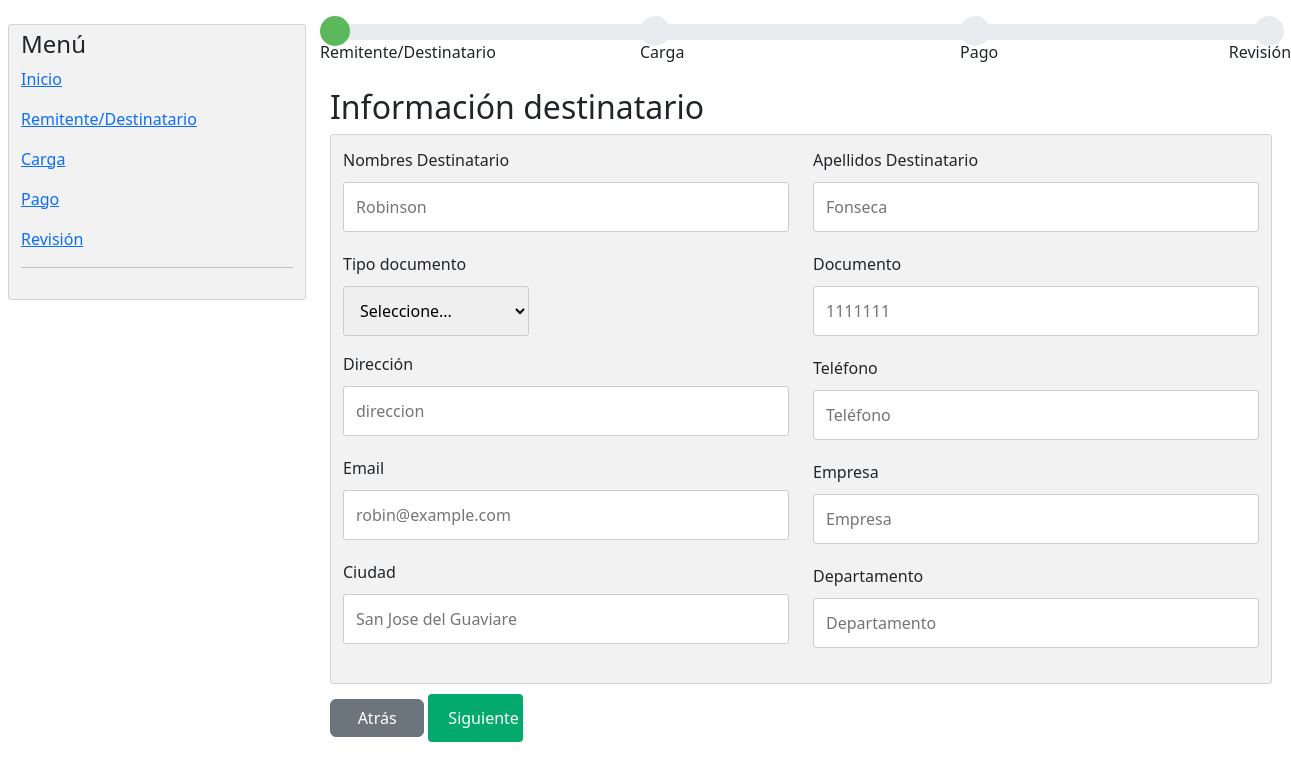
Repository: SennovaFluvial/Trasnfluvial
Page: appFluvial/templates/card1destinatario.html
An editor plug-in stored every save of this project. The page is shown before and after the next save, followed by the edit.
The browser window is 1280 px wide. The page is 1291 px wide, so the pictures cover 1291 px, including what lies to the right of the window. The pictures show the whole page.
The template is drawn by Django 3.2. The application's start-up code is not run. Other server files are loaded and not shown. The template is opened directly, without the code that normally fills it, so the values that code supplies are empty.

Above is the page before, as saved 2023-10-20 22:30:20.

### appFluvial/templates/card1destinatario.html
<!DOCTYPE html>
<html>
<head>
<meta name="viewport" content="width=device-width, initial-scale=1">
<!--link rel="stylesheet" href="https://cdnjs.cloudflare.com/ajax/libs/font-awesome/4.7.0/css/font-awesome.min.css"-->
<style>
body {
  font-family: Arial;
  font-size: 17px;
  padding: 8px;
}

* {
  box-sizing: border-box;
}

.row {
  display: -ms-flexbox; /* IE10 */
  display: flex;
  -ms-flex-wrap: wrap; /* IE10 */
  flex-wrap: wrap;
  margin: 0 -16px;
}

.col-25 {
  -ms-flex: 25%; /* IE10 */
  flex: 25%;
}

.col-50 {
  -ms-flex: 50%; /* IE10 */
  flex: 50%;
}

.col-75 {
  -ms-flex: 75%; /* IE10 */
  flex: 75%;
}

.col-25,
.col-50,
.col-75 {
  padding: 0 16px;
}

.container {
  background-color: #f2f2f2;
  padding: 5px 20px 15px 20px;
  border: 1px solid lightgrey;
  border-radius: 3px;
}

input[type=text], select {
  width: 100%;
  margin-bottom: 20px;
  padding: 12px;
  border: 1px solid #ccc;
  border-radius: 3px;
}

input[type=submit] {
  background-color: #04AA6D;
  color: white;
  padding: 12px 20px;
  border: none;
  border-radius: 4px;
  cursor: pointer;
}

input[type=submit]:hover {
  background-color: #45a049;
}

label {
  margin-bottom: 10px;
  display: block;
}

.icon-container {
  margin-bottom: 20px;
  padding: 7px 0;
  font-size: 24px;
}

.btn {
  background-color: #04AA6D;
  color: white;
  padding: 12px;
  margin: 10px 0;
  border: none;
  width: 10%;
  border-radius: 3px;
  cursor: pointer;
}

.btn:hover {
  background-color: #45a049;
}

a {
  color: #2196F3;
}

hr {
  border: 1px solid lightgrey;
}

span.price {
  float: right;
  color: grey;
}


@media (max-width: 800px) {
  .row {
    flex-direction: column-reverse;
  }
  .col-25 {
    margin-bottom: 20px;
  }
}

</style>
<style>
  .one, .two, .three, .four{
    position:absolute;
    margin-top: -8px;
    z-index:1;
    height:30px;
    width:30px;
    border-radius:20px;
}
.one{
	left:25%;
}
.two{
	left:50%;
}
.three{
	left:75%;
}
.four{
	left:98%;
}
.primary-color{
	background-color:#4989bd;
}
.success-color{
	background-color:#5cb85c;
}
.info-color{
	background-color:#5bc0de;
}
.no-color{
	background-color:inherit;
}

</style>

<link rel="stylesheet" href="https://cdn.jsdelivr.net/npm/bootstrap@5.2.3/dist/css/bootstrap.min.css" integrity="sha384-rbsA2VBKQhggwzxH7pPCaAqO46MgnOM80zW1RWuH61DGLwZJEdK2Kadq2F9CUG65" crossorigin="anonymous">
<script src="https://cdn.jsdelivr.net/npm/bootstrap@5.2.3/dist/js/bootstrap.min.js" integrity="sha384-cuYeSxntonz0PPNlHhBs68uyIAVpIIOZZ5JqeqvYYIcEL727kskC66kF92t6Xl2V" crossorigin="anonymous"></script>

</head>
<body>

<p></p>
<div class="row">

  <div class="col-25">

    <div class="container">
      <h4>Menú <span class="price" style="color:black"><i class="fa fa-shopping-cart"></i> <b></b></span></h4>
      <p><a href="../../">Inicio</a> <span class="price"> </span></p>
      <p><a href="../../card/1/remitente">Remitente/Destinatario</a> <span class="price">  </span></p>
      <p><a href="../../card/1/carga">Carga</a> <span class="price"> </span></p>
      <p><a href="../../card/1/pago">Pago</a> <span class="price"> </span></p>
      <p><a href="../../card/1/revision">Revisión</a> <span class="price"> </span></p>
      <hr>
    </div>
  </div>


  <div class="col-75">
    <!--  ****************************************BEGIN************************************************ -->
    <div class="container_">
      <div class="row"><br />
        <div class="col-md-12">
        <div class="progress">
            <div class="one success-color"></div>
            <div class="two no-color"></div>
            <div class="three no-color"></div>
            <div class="four no-color"></div>
            <div class="progress-bar progress-bar-success" style="width: 0%"></div>
        </div>
        <br>
        <label for="one" style="position: absolute; top: 30px; left: 25%; z-index: 1; margin-top: 10px;">Remitente/Destinatario</label>
        <label for="two" style="position: absolute; top: 30px; left: 50%; z-index: 1; margin-top: 10px;">Carga</label>
        <label for="three" style="position: absolute; top: 30px; left: 75%; z-index: 1; margin-top: 10px;">Pago</label>
        <label for="four" style="position: absolute; top: 30px; left: 96%; z-index: 1; margin-top: 10px;">Revisión</label>

      </div>
      </div>
    </div>
    <br>
    <!-- -*****************************************END**********************************************-->

    <h2>Información destinatario</h2>
    <div class="container">
      <form method="post">
        {% csrf_token %}
        <div class="row">
          <div class="col-50">
            <h3>  </h3>
            <label for="dfname"><i class="fa fa-user"></i> Nombres Destinatario</label>
            <input type="text" id="dfname" name="dfname" placeholder="Robinson">
            <div class="col-md-5 mb-3">
                <label for="dtipodocumento">Tipo documento</label>
                <select class="custom-select d-block w-100" id="dtipodocumento" required="">
                  <option value="">Seleccione...</option>
                  <option>CC</option>
                  <option>CE</option>
                  <option>Pasaporte</option>
                </select>
            </div>

            <label for="dadr"><i class="fa fa-address-card-o"></i> Dirección</label>
            <input type="text" id="dadr" name="dadr" placeholder="direccion">
            <label for="demail"><i class="fa fa-envelope"></i> Email</label>
            <input type="text" id="demail" name="demail" placeholder="robin@example.com">
            <label for="dcity"><i class="fa fa-institution"></i> Ciudad</label>
            <input type="text" id="dcity" name="dcity" placeholder="San Jose del Guaviare">

          </div>

          <div class="col-50">
            <h3>  </h3>
            <label for="dapellidos">Apellidos Destinatario</label>
            <input type="text" id="dapellidos" name="dapellidos" placeholder="Fonseca">
            <label for="ddocumento">Documento</label>
            <input type="text" id="ddocumento" name="ddocumento" placeholder="1111111">
            <label for="dtelefono">Teléfono</label>
            <input type="text" id="dtelefono" name="dtelefono" placeholder="Teléfono">
            <label for="dempresa">Empresa</label>
            <input type="text" id="dempresa" name="dempresa" placeholder="Empresa">
            <label for="ddep">Departamento</label>
            <input type="text" id="ddep" name="ddep" placeholder="Departamento">
            </div>
          </div>

        </div>

        <a href="javascript:history.back()" class="btn btn-secondary">Atrás</a>
        <input type="submit" value="Siguiente" class="btn btn-success">
      </form>
    </div>
  </div>
</div>

</body>
</html>

After the next save:
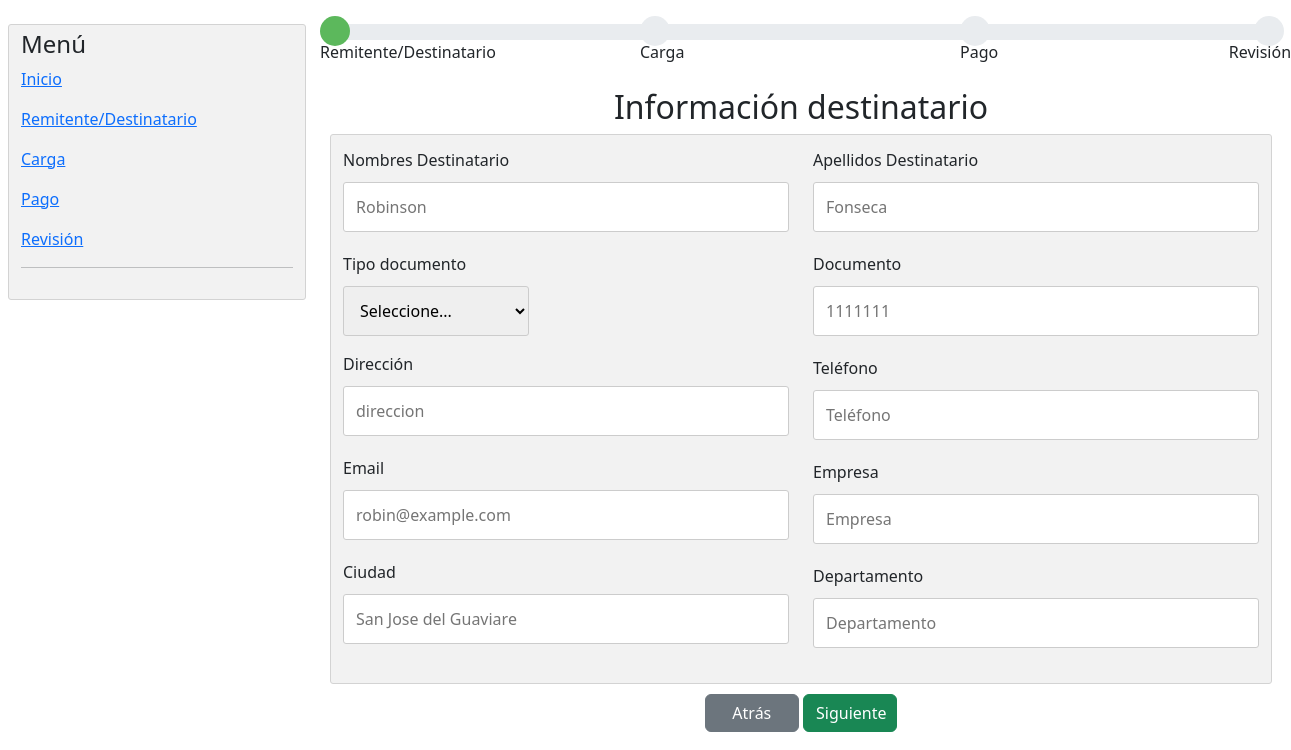
Saved 3 min 26 s later.
--- a/appFluvial/templates/card1destinatario.html
+++ b/appFluvial/templates/card1destinatario.html
@@ -203,14 +203,16 @@ span.price {
     </div>
     <br>
     <!-- -*****************************************END**********************************************-->
-
-    <h2>Información destinatario</h2>
+    <div class="text-center">
+      <h2>Información destinatario</h2>
+    </div>
     <div class="container">
       <form method="post">
         {% csrf_token %}
         <div class="row">
           <div class="col-50">
             <h3>  </h3>
+
             <label for="dfname"><i class="fa fa-user"></i> Nombres Destinatario</label>
             <input type="text" id="dfname" name="dfname" placeholder="Robinson">
             <div class="col-md-5 mb-3">
@@ -248,9 +250,10 @@ span.price {
           </div>
 
         </div>
-
-        <a href="javascript:history.back()" class="btn btn-secondary">Atrás</a>
-        <input type="submit" value="Siguiente" class="btn btn-success">
+        <div class="text-center">
+          <a href="javascript:history.back()" class="btn btn-secondary">Atrás</a>
+          <a type="submit" class="btn btn-success">Siguiente</a>
+        </div>
       </form>
     </div>
   </div>
